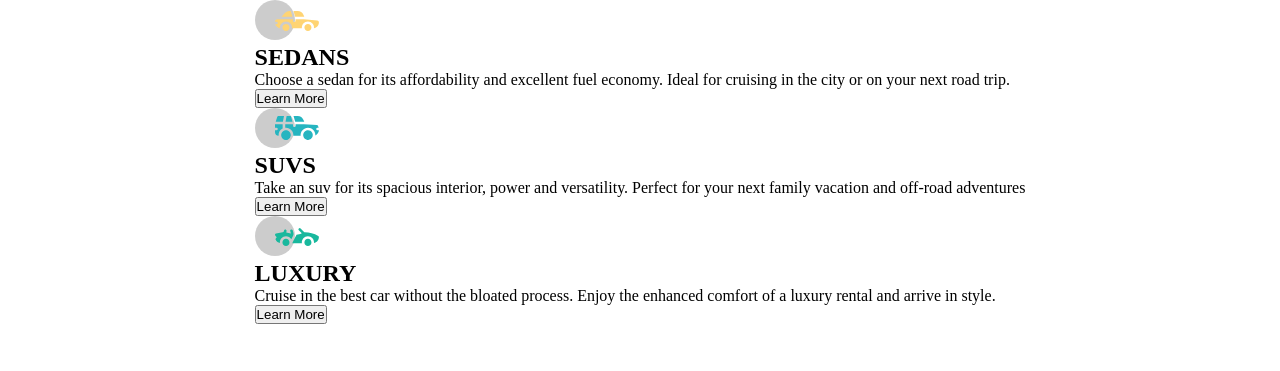
Repository: UnegbuAbigail/3-columns-cards
Page: index.html
These files come from the project's save history. The page is drawn as it stood at one moment and after the next save; the edit follows.
The browser window is 1280 px wide. The pictures show the whole page.

Above is the page before, as saved 2024-08-03 12:44:45.

### index.html
<!DOCTYPE html>
<html lang="en">
<head>
    <meta charset="UTF-8">
    <meta name="viewport" content="width=device-width, initial-scale=1.0">
    <title>Document</title>
    <link rel="stylesheet" href="style.css">
</head>
<body>
    <main>
        <section>
            <!-- card-1 -->
             <div>
                <img src="assets/icon-sedans.svg" alt="sedan-car-image">
                <h2>SEDANS</h2>
                <p>Choose a sedan for its affordability and excellent fuel economy. Ideal for cruising in the city or on your next road trip.</p>
                <button>Learn More</button>
             </div>

             <!-- card-2 -->

             <div>
                <img src="assets/icon-suvs.svg" alt="">
                <h2>SUVS</h2>
          <p>
            Take an suv for its spacious interior, power and versatility.
            Perfect for your next family vacation and off-road adventures
          </p>
          <button>Learn More</button>
             </div>

             <!-- card-3 -->
             <div>
                <img src="assets/icon-luxury.svg" alt="luxury-car-image">
                <h2>LUXURY</h2>
                <p>
                    Cruise in the best car without the bloated process. Enjoy the enhanced comfort of a luxury rental and arrive in style.
                </p>
                <button>Learn More</button>
               </div>
        </section>
    </main>
</body>
</html>

### style.css

@import url('https://fonts.googleapis.com/css2?family=Lexend+Deca:wght@100..900&family=Montserrat:ital,wght@0,100..900;1,100..900&display=swap');
@import url('https://fonts.googleapis.com/css2?family=Big+Shoulders+Display:wght@100..900&family=Lexend+Deca:wght@100..900&family=Montserrat:ital,wght@0,100..900;1,100..900&display=swap');

*{
    padding: 0;
    margin: 0;
    box-sizing: border-box;
}

:root{
    --bright-orange:hsl(31, 77%, 52%)
    --dark-cyan: hsl(184, 100%, 22%)
    --very-dark-cyan:hsl(179, 100%, 13%)
    --transparent-white:hsla(0, 0%, 100%, 0.75)
    --very-light-gray:hsl(0, 0%, 95%)
    --ff-big-shoulders-display:"Big Shoulders Display", sans-serif;
    --ff-lexand-deca:"Lexand Deca", sans-serif;
}

html,body{
    display: flex;
    justify-content: center;
    align-items: center;
    border: 2px,;
}

After the next save:
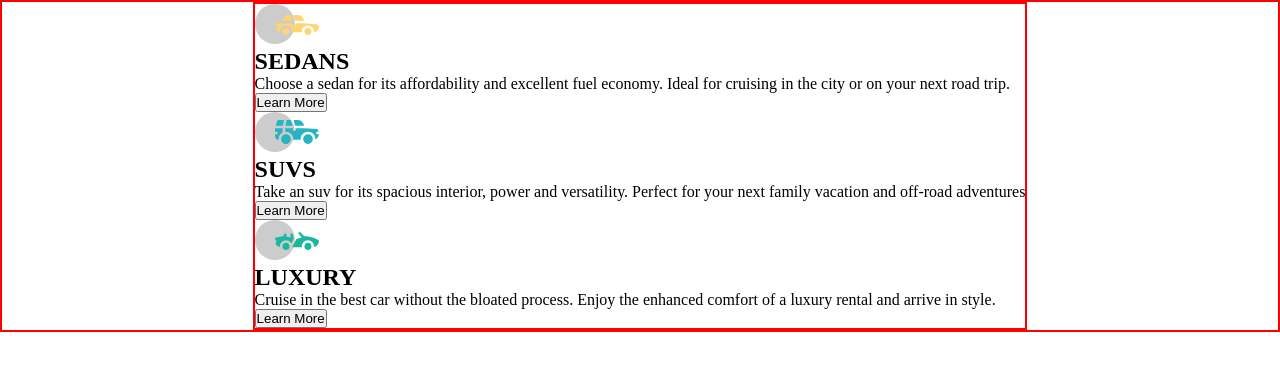
Saved 5 s later.
--- a/style.css
+++ b/style.css
@@ -22,5 +22,5 @@
     display: flex;
     justify-content: center;
     align-items: center;
-    border: 2px,;
+    border: 2px, solid red;
 }

After the save that followed:
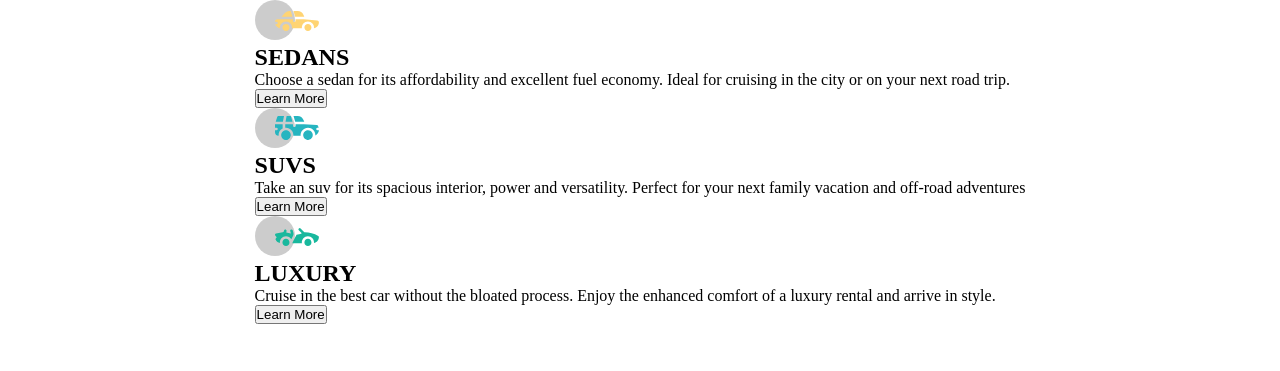
Saved 6 s later.
--- a/style.css
+++ b/style.css
@@ -22,5 +22,5 @@
     display: flex;
     justify-content: center;
     align-items: center;
-    border: 2px, solid red;
+    /* border: 2px, solid red; */
 }
